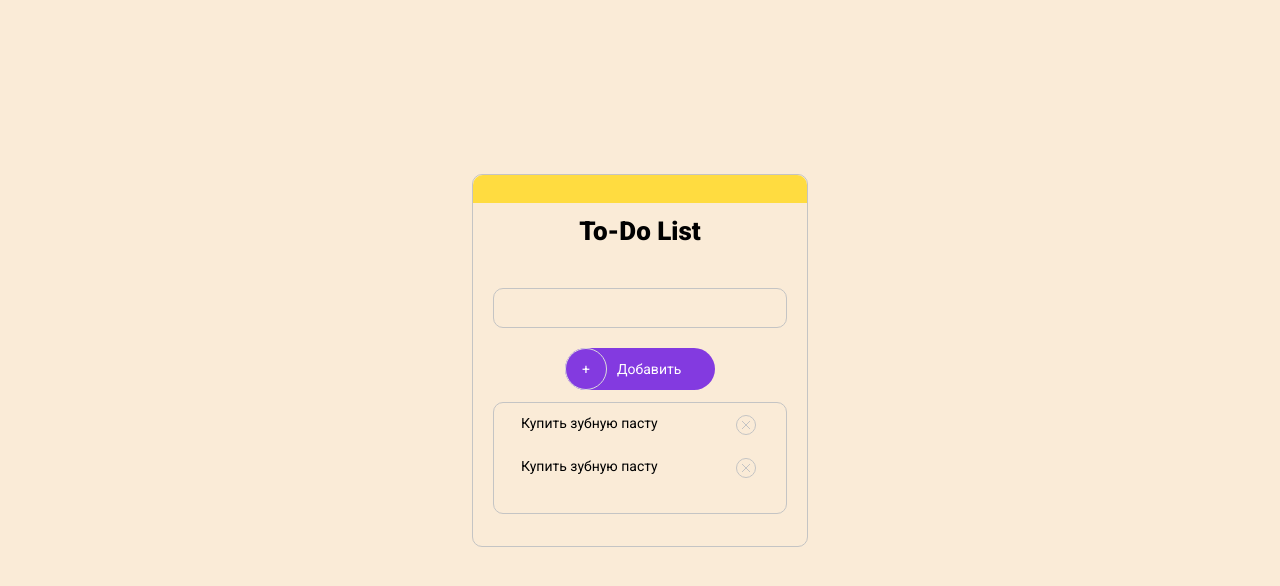
Repository: NatiqSamiyev/To-do-List-js
Page: insex.html
An editor plug-in stored every save of this project. The page is shown before and after the next save, followed by the edit.
The browser window is 1280 px wide. The pictures show the whole page.
Empty fields were first filled with sample values (such as "Sample", 5 or name@example.com).
After loading, the first visible `form` was submitted once.
Some web fonts or font styles are not loaded; a fallback is used.

Above is the page before, as saved 2023-10-31 12:12:59.

After the next save:
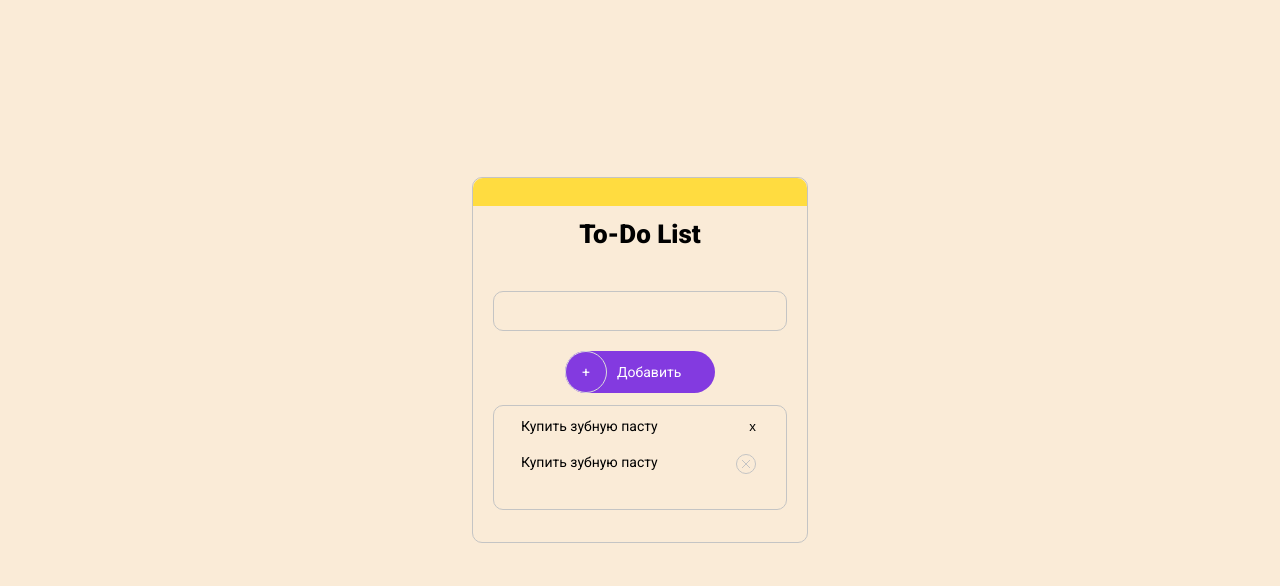
Saved 7 s later.
--- a/insex.html
+++ b/insex.html
@@ -27,7 +27,7 @@
             <li>
               <h3>Купить зубную пасту</h3>
               <button class="remove-btn">
-                <img src="./image/Group 56.svg" alt="" />
+x
               </button>
             </li>
           </ul>
